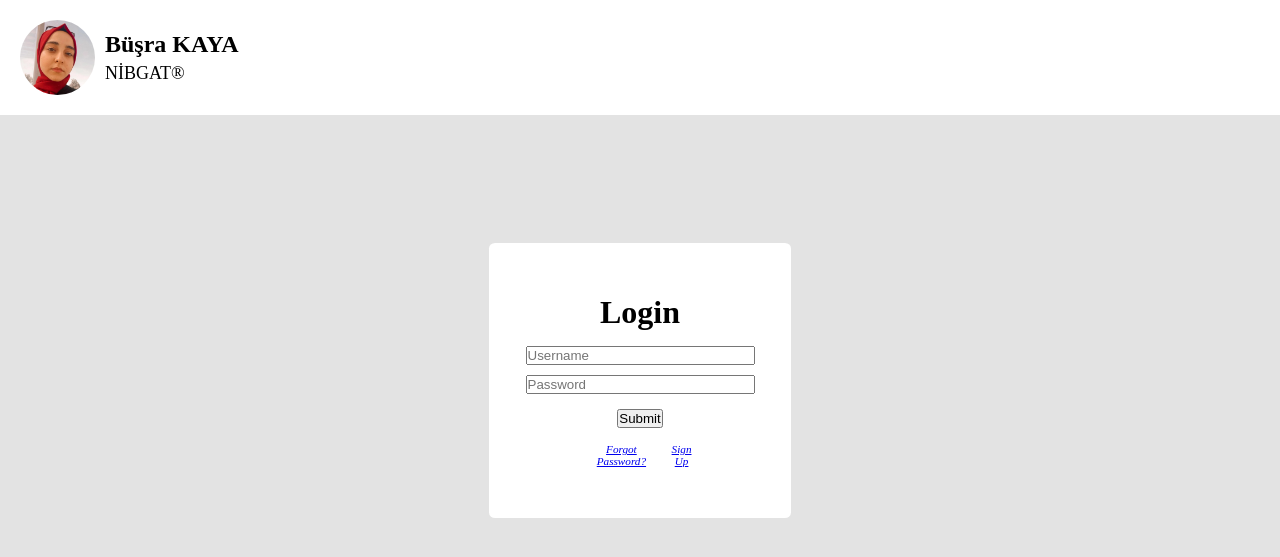
Repository: busra-kayaa/LoginPage
Page: login.html
An editor plug-in stored every save of this project. The page is shown before and after the next save, followed by the edit.
The browser window is 1280 px wide. The pictures show the whole page.

Above is the page before, as saved 2024-01-02 18:58:08.

After the next save:
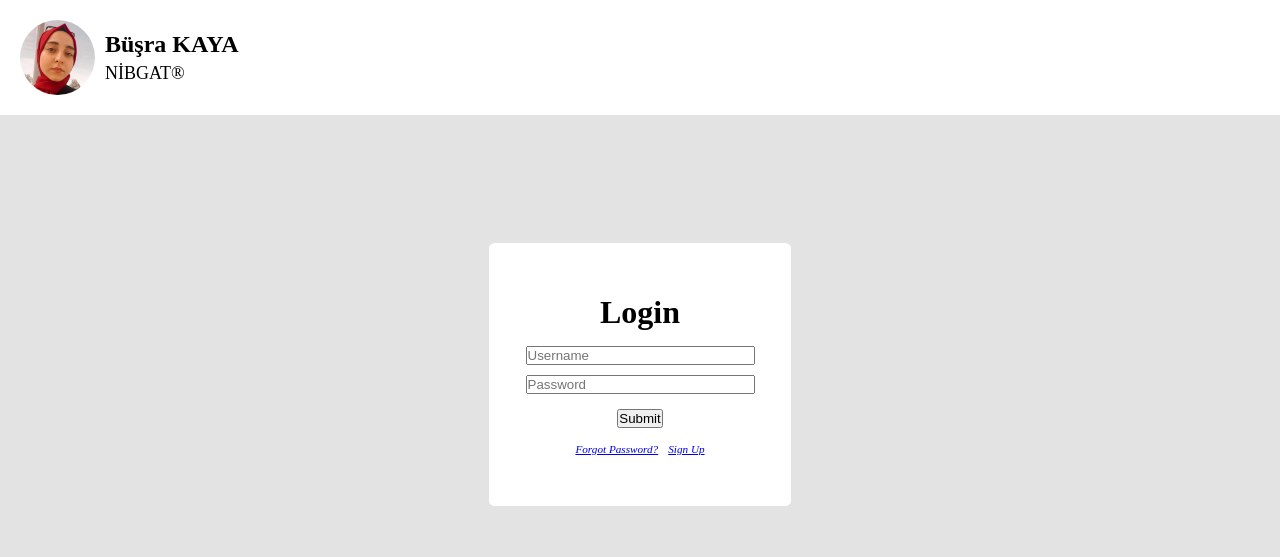
Saved 100 s later.
--- a/style.css
+++ b/style.css
@@ -92,6 +92,6 @@ body {
     flex-direction:raw;
     font-size: 70%;
     font-style: italic;
-    gap: 1%;
+    gap: 10px;
 
 }
